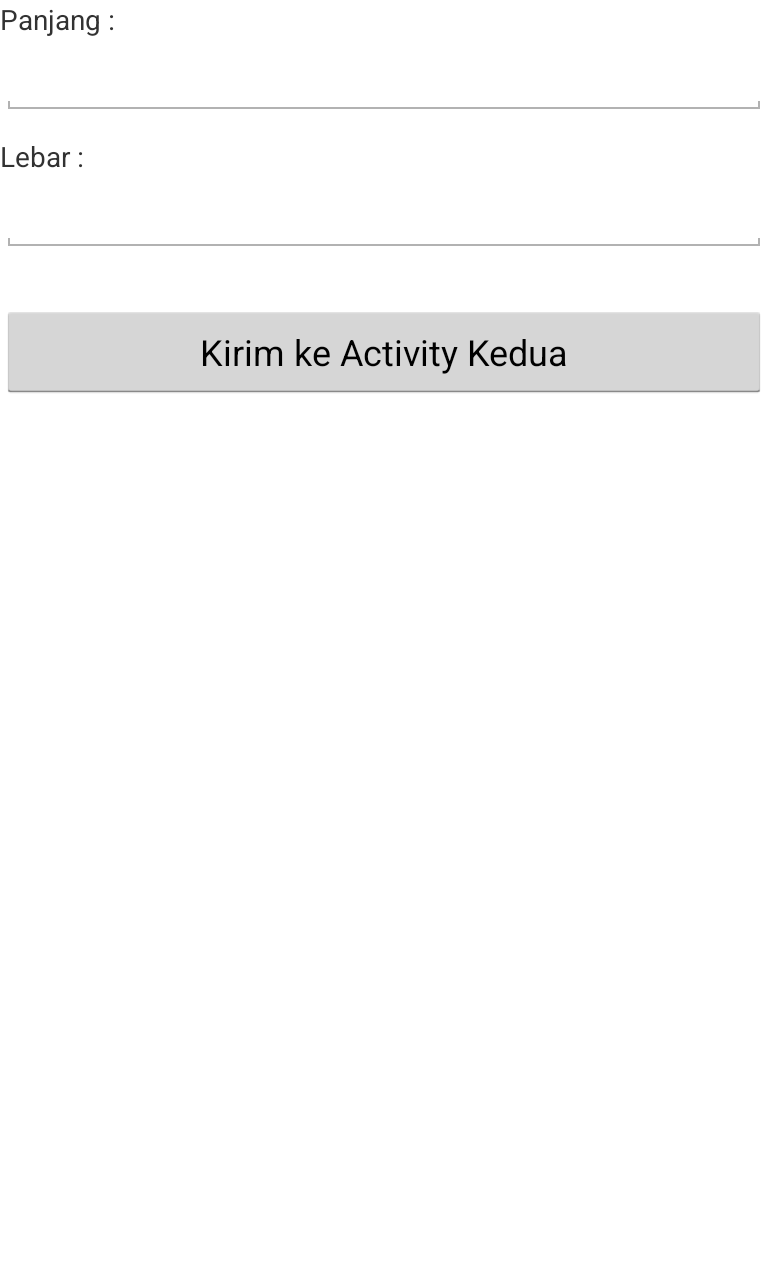
Repository: fauzhanFARTF/mobile_programming_kuliah
Layout: soal4_UAS_malam/res/layout/activity_main.xml
An editor plug-in stored every save of this project. The layout is shown before and after the next save, followed by the edit.
It is drawn on a 768 x 1280 px phone screen (xhdpi) without system bars, with theme AppTheme; the app's code is not run.

Above is the layout before, as saved 2023-01-27 10:53:36.

### soal4_UAS_malam/res/layout/activity_main.xml
<?xml version="1.0" encoding="utf-8"?>
<LinearLayout xmlns:android="http://schemas.android.com/apk/res/android"
    android:orientation="vertical"
    android:layout_width="fill_parent"
    android:layout_height="fill_parent"
    >
    <TextView android:layout_width="fill_parent"
        android:layout_height="wrap_content"
        android:text="Panjang : "/>
    <EditText android:id="@+id/panjang"
        android:layout_width="fill_parent"
        android:layout_height="wrap_content"
        android:layout_marginBottom="10dip"/>
    <TextView
        android:layout_width="fill_parent"
        android:layout_height="wrap_content"
        android:text="Lebar : "/>
    <EditText android:id="@+id/lebar"
        android:layout_width="fill_parent"
        android:layout_height="wrap_content"
        android:layout_marginBottom="10dip"/>
    <Button android:id="@+id/btnNextScreen"
        android:layout_width="fill_parent"
        android:layout_height="wrap_content"
        android:text="Kirim ke Activity Kedua"
        android:layout_marginTop="15dip"/>
</LinearLayout>

Loaded but not shown: soal4_UAS_malam/res/values/styles.xml (common file); soal4_UAS_malam/res/values-v11/styles.xml (common file); soal4_UAS_malam/res/values-v14/styles.xml (common file)

After the next save:
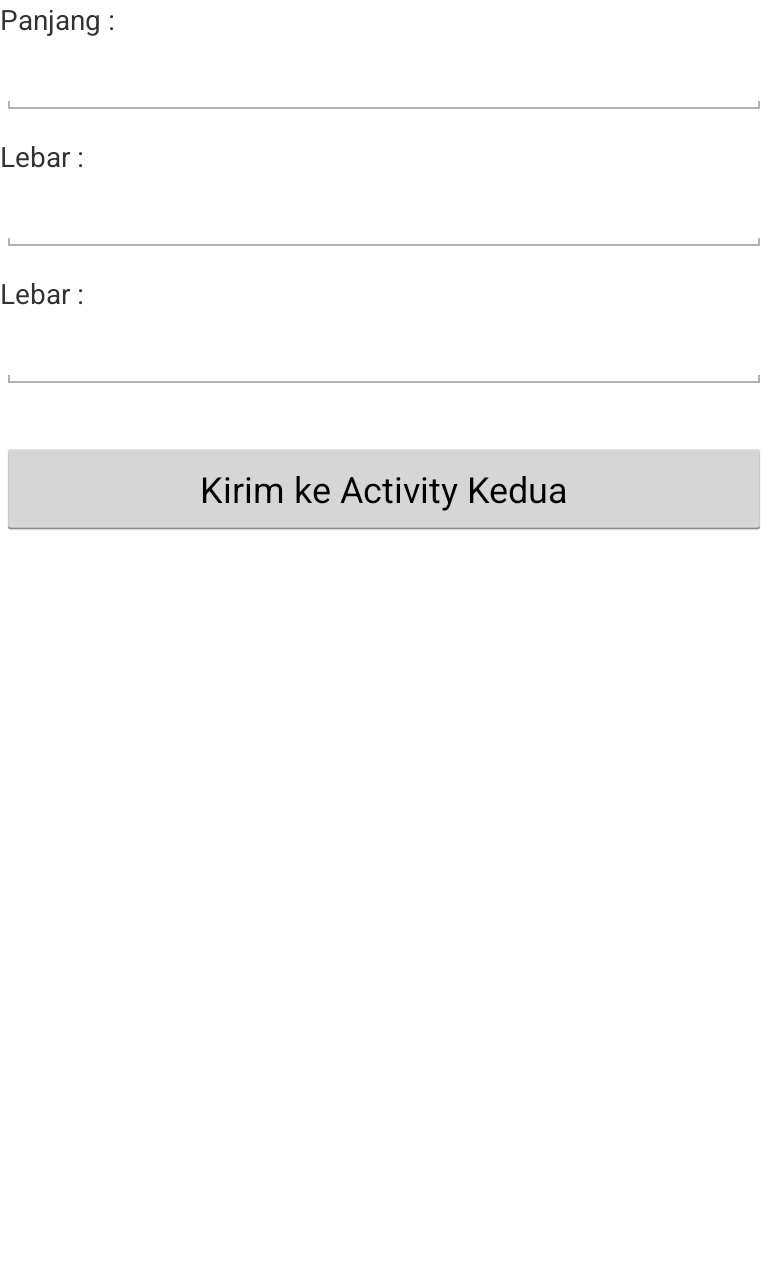
Saved 12 s later.
--- a/soal4_UAS_malam/res/layout/activity_main.xml
+++ b/soal4_UAS_malam/res/layout/activity_main.xml
@@ -19,6 +19,14 @@
         android:layout_width="fill_parent"
         android:layout_height="wrap_content"
         android:layout_marginBottom="10dip"/>
+    <TextView
+        android:layout_width="fill_parent"
+        android:layout_height="wrap_content"
+        android:text="Lebar : "/>
+    <EditText android:id="@+id/lebar"
+        android:layout_width="fill_parent"
+        android:layout_height="wrap_content"
+        android:layout_marginBottom="10dip"/>
     <Button android:id="@+id/btnNextScreen"
         android:layout_width="fill_parent"
         android:layout_height="wrap_content"
